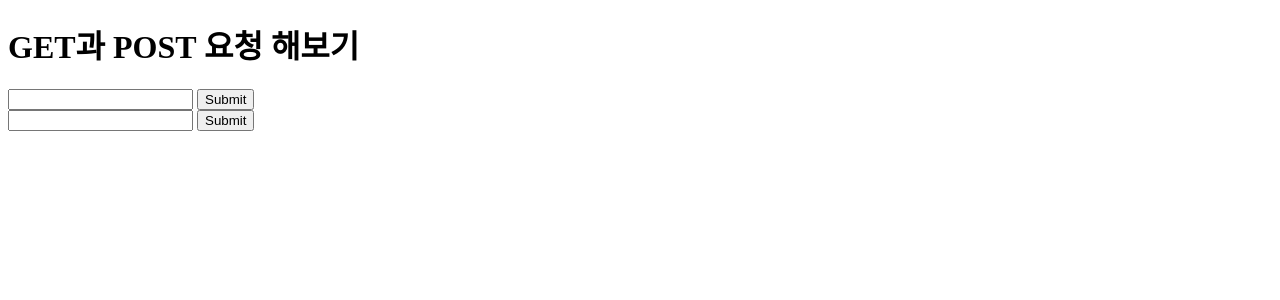
Repository: youngmoon525/GitTest
Page: Study_JspServlet/WorkSpace/01.HelloJspServlet/src/main/webapp/getpost.html
The author's editor kept a copy of each file at every save. The page is drawn from the files as they stood at one save, then again after a run of saves.
The browser window is 1280 px wide. The pictures show the whole page.

Above is the page before, as saved 2023-05-18 02:22:21.

### Study_JspServlet/WorkSpace/01.HelloJspServlet/src/main/webapp/getpost.html
<!DOCTYPE html>
<html>
<head>
<meta charset="UTF-8">
<title>Insert title here</title>
</head>
<body>
	<h1> GET과 POST 요청 해보기</h1>
	<!-- text값을 요청할수있는 폼태그 하나만들고 요청해보기.(Submit)  -->
	<form action="Ex03_GetPost" method="get"><!-- action:   -->
		<input type="text" name="txt1" id="txt2" ><!-- name vs id  -->
		<input type="submit">
	</form>

		<form action="Ex03_GetPost" method="post"><!-- action:   -->
		<input type="text" name="txt1" id="txt2" ><!-- name vs id  -->
		<input type="submit">
	</form>

	<!-- a태그로 Ex03_GetPost요청해보기  -->
	<!-- a태그로 naver창띄워보기 -->
</body>
</html>

After the next 2 saves:
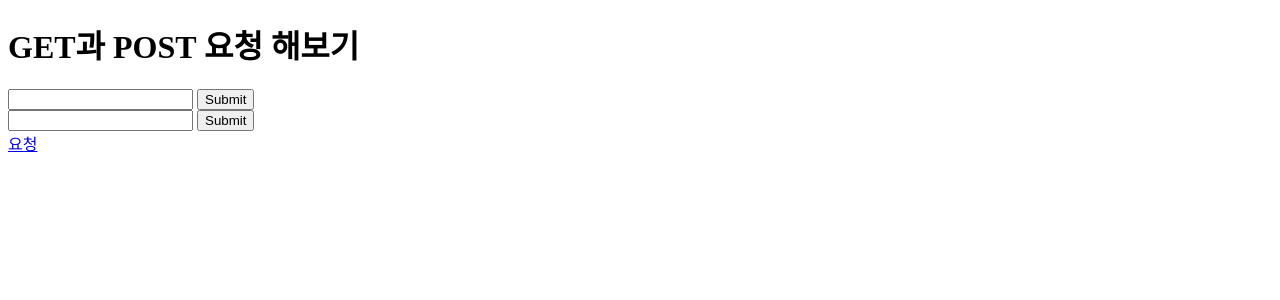
The 2 saves are shown as one change because they came seconds apart.
The last was saved 82 s later.
--- a/Study_JspServlet/WorkSpace/01.HelloJspServlet/src/main/webapp/getpost.html
+++ b/Study_JspServlet/WorkSpace/01.HelloJspServlet/src/main/webapp/getpost.html
@@ -18,6 +18,7 @@
 	</form>
 
 	<!-- a태그로 Ex03_GetPost요청해보기  -->
+	<a href="Ex03_GetPost">요청</a>
 	<!-- a태그로 naver창띄워보기 -->
 </body>
 </html>
